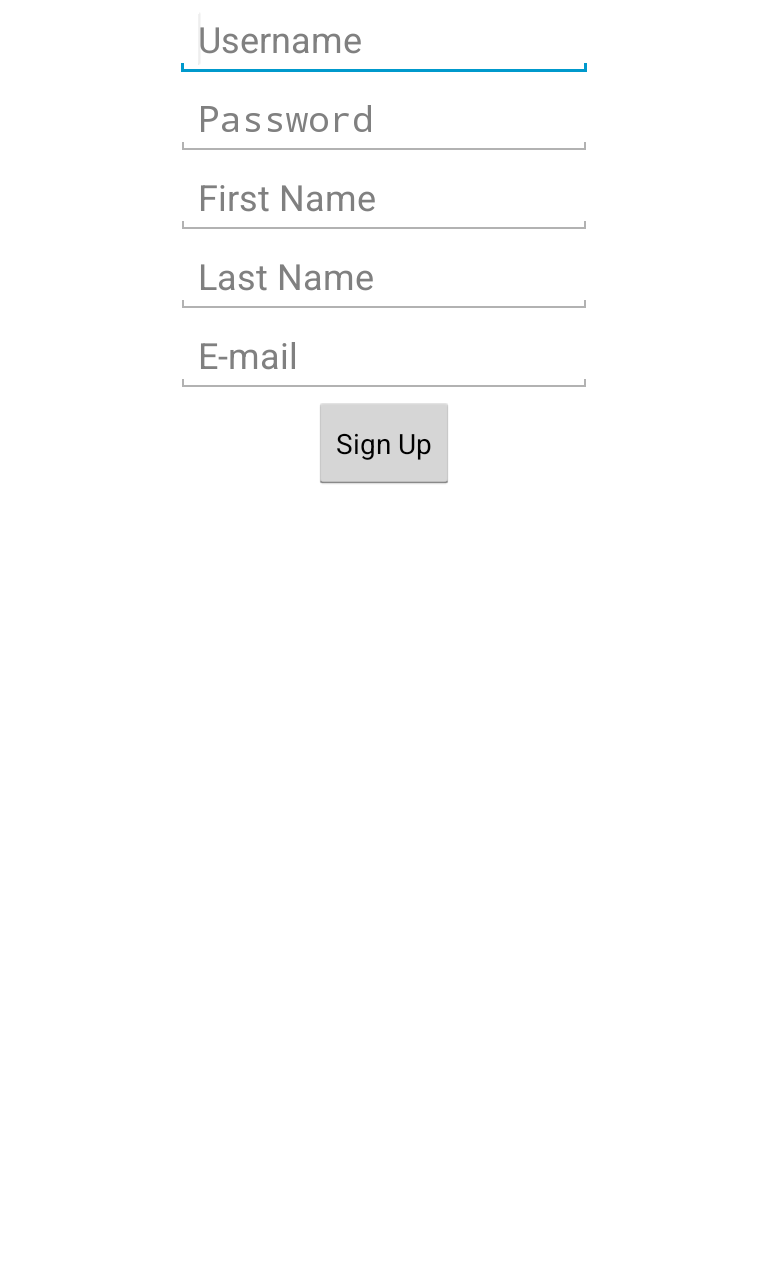
Repository: Dres90/TourngenWS
Layout: APP/Tourngen/res/layout/signup.xml
An editor plug-in stored every save of this project. The layout is shown before and after the next save, followed by the edit.
It is drawn on a 768 x 1280 px phone screen (xhdpi) without system bars, with theme AppTheme; the app's code is not run.

Above is the layout before, as saved 2014-04-11 22:05:27.

### APP/Tourngen/res/layout/signup.xml
<?xml version="1.0" encoding="utf-8"?>
<GridLayout xmlns:android="http://schemas.android.com/apk/res/android"
    android:layout_width="match_parent"
    android:layout_height="match_parent"
    android:layout_gravity="top|center_horizontal"
    android:columnCount="1" >

    <EditText
        android:id="@+id/signup_user"
        android:layout_column="0"
        android:layout_gravity="center_horizontal|top"
        android:layout_row="0"
        android:ems="10"
        android:hint="@string/username" >

        <requestFocus />
    </EditText>

    <EditText
        android:id="@+id/signup_pass"
        android:layout_column="0"
        android:layout_gravity="center_horizontal|top"
        android:layout_row="1"
        android:ems="10"
        android:hint="@string/password"
        android:inputType="textPassword" />

    <EditText
        android:id="@+id/signup_name"
        android:layout_column="0"
        android:layout_gravity="center_horizontal|top"
        android:layout_row="2"
        android:ems="10"
        android:hint="@string/first_name"
        android:inputType="textPersonName" />

    <EditText
        android:id="@+id/signup_lastname"
        android:layout_column="0"
        android:layout_gravity="center_horizontal|top"
        android:layout_row="3"
        android:ems="10"
        android:hint="@string/last_name"
        android:inputType="textPersonName" />

    <EditText
        android:id="@+id/signup_email"
        android:layout_column="0"
        android:layout_gravity="center_horizontal|top"
        android:layout_row="4"
        android:ems="10"
        android:hint="@string/e_mail"
        android:inputType="textEmailAddress" />

    <LinearLayout
        android:layout_column="0"
        android:layout_gravity="top|center_horizontal"
        android:layout_row="5" >

        <Button
            android:id="@+id/signup_confirm"
            style="?android:attr/buttonStyleSmall"
            android:layout_width="wrap_content"
            android:layout_height="wrap_content"
            android:text="@string/sign_up" />

    </LinearLayout>

</GridLayout>

### APP/Tourngen/res/values/strings.xml
<?xml version="1.0" encoding="utf-8"?>
<resources>

    <string name="app_name">Tourngen</string>
    <string name="hello_world">Hello world!</string>
    <string name="action_settings">Settings</string>
    <string name="log_in">Log in</string>
    <string name="sign_up">Sign Up</string>
    <string name="username">Username</string>
    <string name="password">Password</string>
    <string name="log_out">Log Out</string>
    <string name="sync">Synchronize</string>
    <string name="first_name">First Name</string>
    <string name="last_name">Last Name</string>
    <string name="e_mail">E-mail</string>
    <string name="new_tournament">New Tournament</string>

</resources>

Loaded but not shown: APP/Tourngen/res/values/styles.xml (common file); APP/Tourngen/res/values-v11/styles.xml (common file); APP/Tourngen/res/values-v14/styles.xml (common file)

After the next save:
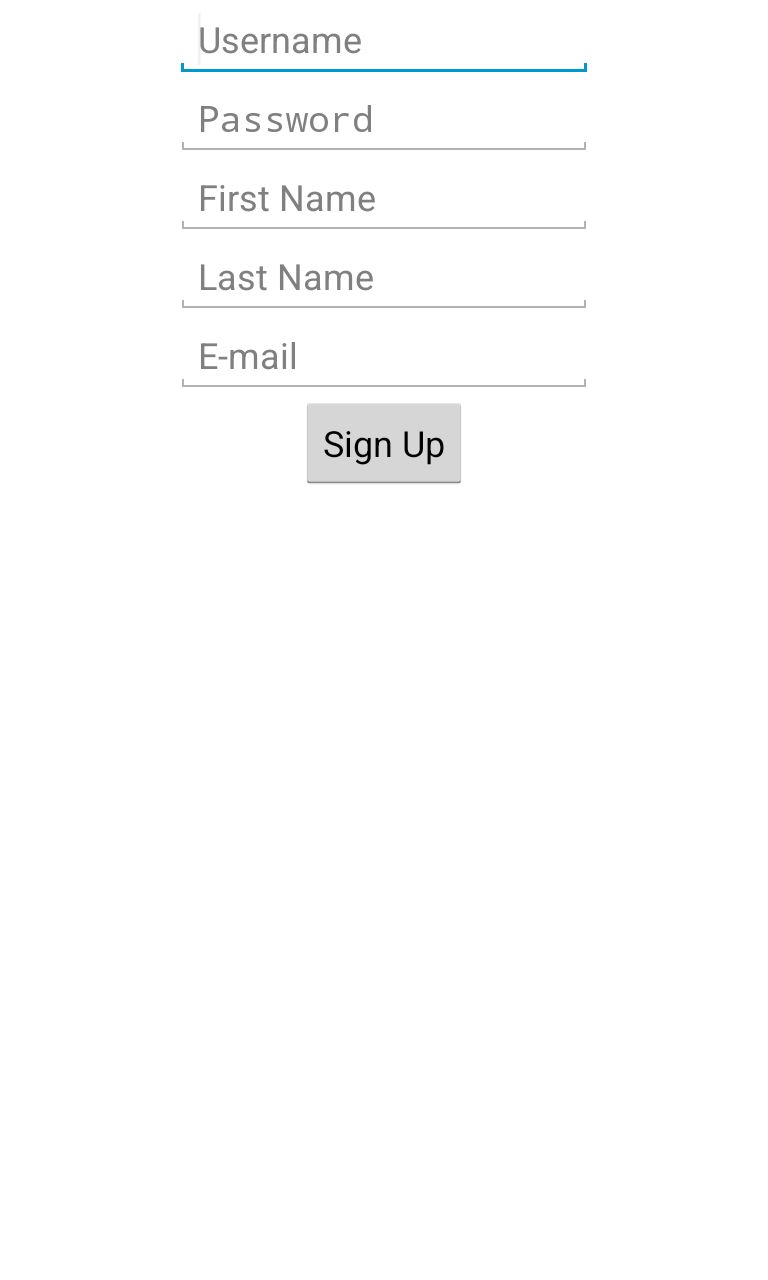
Saved 2 min 50 s later.
--- a/APP/Tourngen/res/layout/signup.xml
+++ b/APP/Tourngen/res/layout/signup.xml
@@ -57,13 +57,13 @@
         android:layout_gravity="top|center_horizontal"
         android:layout_row="5" >
 
-        <Button
-            android:id="@+id/signup_confirm"
-            style="?android:attr/buttonStyleSmall"
-            android:layout_width="wrap_content"
-            android:layout_height="wrap_content"
-            android:text="@string/sign_up" />
-
     </LinearLayout>
 
+    <Button
+        android:id="@+id/signup_signup"
+        android:layout_column="0"
+        android:layout_gravity="center_horizontal|top"
+        android:layout_row="5"
+        android:text="@string/sign_up" />
+
 </GridLayout>
